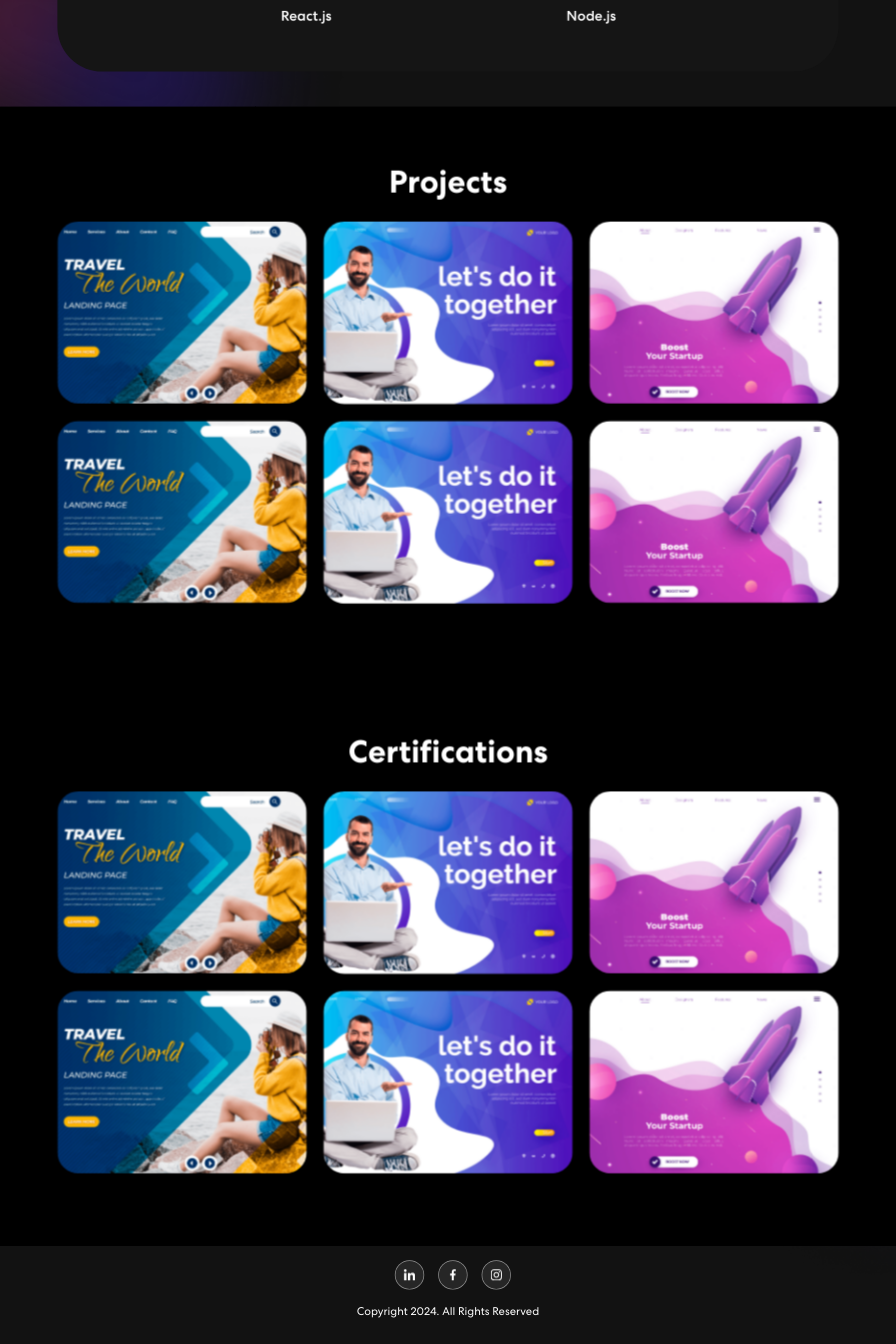
Repository: ChakerChourouk/personal-portfolio
Page: /
An editor plug-in stored every save of this project. The page is shown before and after the next save, followed by the edit.
The browser window is 1280 px wide. The pictures show the part of the page from y = 1225 to 3145 px (the page is 3145 px tall), at 70% of full size.
The project was rebuilt for these pictures with package versions that can differ from the ones it lists, and the page was loaded fresh each time.

Above is the page before, as saved 2024-09-15 21:02:33.

### src/App.js
import logo from './logo.svg';
import './App.css';
import 'bootstrap/dist/css/bootstrap.min.css';
import { NavBar } from "./components/NavBar";
import { Banner } from "./components/Banner";
import { Skills } from "./components/Skills";
import { Projects } from "./components/Projects";
import { Footer } from "./components/Footer";
import { Certifications } from "./components/Certifications";

function App() {
  return (
    <div className="App">
      <NavBar />
      <Banner />
      <Skills />
      <Projects />
      <Certifications/>
      <Footer />
    </div>
  );
}

export default App;

### src/App.css
/************ Custom Font ************/
@font-face {
	font-family: Centra;
	src: url('./assets/font/CentraNo2-Bold.ttf');
	font-weight: 700;
}
@font-face {
	font-family: Centra;
	src: url('./assets/font/CentraNo2-Medium.ttf');
	font-weight: 500;
}
@font-face {
	font-family: Centra;
	src: url('./assets/font/CentraNo2-Book.ttf');
	font-weight: 400;
}

/************ Default Css ************/
* {
  margin: 0;
  padding: 0;
  box-sizing: border-box;
}

html {
  scroll-behavior: smooth;
  scroll-padding-top: 75px;
}

body {
  font-weight: 400;
  overflow-x: hidden;
  position: relative;
  background-color: #121212 !important;
  color: #fff !important;
  font-family: 'Centra', sans-serif !important;
}

h1, h2, h3, h4, h5, h6 {
  margin: 0;
  padding: 0;
  line-height: normal;
}

p, a, li, button, ul {
  margin: 0;
  padding: 0;
  line-height: normal;
  text-decoration: none;
}

a:hover {
  text-decoration: none;
}

img {
  width: 100%;
  height: auto;
}

button {
  border: 0;
  background-color: transparent;
}

input:focus, textarea:focus, select:focus {
  outline: none;
}

@media (min-width:1700px) {
	main .container {
		max-width: 100%;
		padding: 0 150px;
	}
}

p.success {
	color: green;
}

p.danger {
	color: red;
}
/************ Navbar Css ************/
nav.navbar {
  padding: 18px 0;
  position: fixed;
  width: 100%;
  top: 0;
  z-index: 9999;
  transition:  0.32s ease-in-out;
}
nav.navbar.scrolled {
  padding: 0px 0;
  background-color: #121212;
}
nav.navbar a.navbar-brand {
    width: 9%;
}
nav.navbar .navbar-nav .nav-link.navbar-link {
  font-weight: 400;
  color: #fff !important;
  letter-spacing: 0.8px;
  padding: 0 25px;
  font-size: 18px;
  opacity: 0.75;
}
nav.navbar .navbar-nav a.nav-link.navbar-link:hover,
nav.navbar .navbar-nav a.nav-link.navbar-link.active {
    opacity: 1;
}
span.navbar-text {
    display: flex;
    align-items: center;
}
.social-icon {
    display: inline-block;
    margin-left: 14px;
}
.social-icon a {
    width: 42px;
    height: 42px;
    background: rgba(217, 217, 217, 0.1);
    display: inline-flex;
    border-radius: 50%;
    margin-right: 6px;
    align-items: center;
    justify-content: center;
    line-height: 1;
    border: 1px solid rgba(255, 255, 255, 0.5);
}
.social-icon a::before {
    content: "";
    width: 42px;
    height: 42px;
    position: absolute;
    background-color: #ffffff;
    border-radius: 50%;
    transform: scale(0);
	transition: 0.3s ease-in-out;
}
.social-icon a:hover::before {
    transform: scale(1);
}
.social-icon a img {
	width: 40%;
	z-index: 1;
	transition: 0.3s ease-in-out;
}
.social-icon a:hover img {
	filter: brightness(0) saturate(100%) invert(0%) sepia(7%) saturate(98%) hue-rotate(346deg) brightness(95%) contrast(86%);
}
.navbar-text button {
  font-weight: 700;
  color: #fff;
  border: 1px solid #fff;
  padding: 18px 34px;
  font-size: 18px;
  margin-left: 18px;
	position: relative;
	background-color: transparent;
	transition: 0.3s ease-in-out;
}
.navbar-text button span {
  z-index: 1;
}
.navbar-text button::before {
  content: "";
  width: 0%;
  height: 100%;
  position: absolute;
  background-color: #fff;
  left: 0;
  top: 0;
  z-index: -1;
  transition: 0.3s ease-in-out;
}
.navbar-text button:hover {
  color: #121212;
}
.navbar-text button:hover::before {
	content: "";
	width: 100%;
	height: 100%;
	position: absolute;
}
nav.navbar .navbar-toggler:active,
nav.navbar .navbar-toggler:focus {
	outline: none;
    box-shadow: none;
}
nav.navbar .navbar-toggler-icon {
  width: 24px;
  height: 17px;
  background-image: none;
  position: relative;
  border-bottom: 2px solid #fff;
  transition: all 300ms linear;
  top: -2px;
}
nav.navbar .navbar-toggler-icon:focus {
	border-bottom: 2px solid #fff;
}
nav.navbar .navbar-toggler-icon:after,
nav.navbar .navbar-toggler-icon:before {
	width: 24px;
	position: absolute;
	height: 2px;
	background-color: #fff;
	top: 0;
	left: 0;
	content: '';
	z-index: 2;
	transition: all 300ms linear;
}
nav.navbar .navbar-toggler-icon:after {
	top: 8px;
}
nav.navbar .navbar-toggler[aria-expanded="true"] .navbar-toggler-icon:after {
	transform: rotate(45deg);
	background-color: #fff;
	height: 2px;
}
nav.navbar .navbar-toggler[aria-expanded="true"] .navbar-toggler-icon:before {
	transform: translateY(8px) rotate(-45deg);
	background-color: #fff;
	height: 2px;
}
nav.navbar .navbar-toggler[aria-expanded="true"] .navbar-toggler-icon {
	border-color: transparent;
}

/************ Banner Css ************/
.banner {
  margin-top: 0;
  padding: 260px 0 100px 0;
  background-image: url('./assets/img/banner-bg.png');
  background-position: top center;
  background-size: cover;
  background-repeat: no-repeat;
}
.banner .tagline {
  font-weight: 700;
  letter-spacing: 0.8px;
  padding: 8px 10px;
  background: linear-gradient(90.21deg, rgba(170, 54, 124, 0.5) -5.91%, rgba(74, 47, 189, 0.5) 111.58%);
  border: 1px solid rgba(255, 255, 255, 0.5);
  font-size: 20px;
  margin-bottom: 16px;
  display: inline-block;
}
.banner h1 {
  font-size: 65px;
  font-weight: 700;
  letter-spacing: 0.8px;
  line-height: 1;
  margin-bottom: 20px;
  display: block;
}
.banner p {
  color: #B8B8B8;
  font-size: 18px;
  letter-spacing: 0.8px;
  line-height: 1.5em;
  width: 96%;
}
.banner button {
  color: #fff;
  font-weight: 700;
  font-size: 20px;
  margin-top: 60px;
  letter-spacing: 0.8px;
  display: flex;
  align-items: center;
}
.banner button svg {
  font-size: 25px;
  margin-left: 10px;
  transition: 0.3s ease-in-out;
  line-height: 1;
}
.banner button:hover svg {
  margin-left: 25px;
}
.banner img {
  animation: updown 3s linear infinite;
}
@keyframes updown {
    0% {
        transform: translateY(-20px);
    }
    50% {
        transform: translateY(20px);
    }
    100% {
        transform: translateY(-20px);
    }
}
.txt-rotate > .wrap {
  border-right: 0.08em solid #666;
}

/************ Skills Css ************/
.skill {
  padding: 0 0 50px 0;
  position: relative;
}
.skill-bx {
  background: #151515;
  border-radius: 64px;
  text-align: center;
  padding: 60px 50px;
  margin-top: -60px;
}
.skill h2 {
	font-size: 45px;
	font-weight: 700;
}
.skill p {
    color: #B8B8B8;
    font-size: 18px;
    letter-spacing: 0.8px;
    line-height: 1.5em;
    margin: 14px 0 75px 0;
}
.skill-slider {
  width: 80%;
  margin: 0 auto;
  position: relative;
}
.skill-slider .item img {
  width: 50%;
  margin: 0 auto 15px auto;
}
.background-image-left {
  top: 28%;
  position: absolute;
  bottom: 0;
  width: 40%;
  z-index: -4;
}

/************ Projects Css ************/
.project {
  padding: 80px 0;
  position: relative;
  background-color: black;
}
.project h2 {
	font-size: 45px;
	font-weight: 700;
  text-align: center;
}
.project p {
  color: #B8B8B8;
  font-size: 18px;
  letter-spacing: 0.8px;
  line-height: 1.5em;
  margin: 14px auto 30px auto;
  text-align: center;
  width: 56%;
}
.project .nav.nav-pills {
  width: 72%;
  margin: 0 auto;
  border-radius: 50px;
  background-color: rgb(255 255 255 / 10%);
  overflow: hidden;
}
.project .nav.nav-pills .nav-item {
  width: 33.33333%;
}
.project .nav.nav-pills .nav-link {
  background-color: transparent;
  border-radius: 0;
  padding: 17px 0;
  color: #fff;
  width: 100%;
  font-size: 17px;
  letter-spacing: 0.8px;
  font-weight: 500;
  position: relative;
  transition: 0.3s ease-in-out;
  text-align: center;
  z-index: 0;
}
.project .nav.nav-pills .nav-link::before {
    content: "";
    position: absolute;
    width: 0;
    height: 100%;
    background: linear-gradient(90.21deg, #AA367C -5.91%, #4A2FBD 111.58%);
    top: 0;
    left: 0;
    z-index: -1;
    transition: 0.3s ease-in-out;
}
.project .nav.nav-pills .nav-link.active::before {
    width: 100% !important;
}
.project .nav.nav-pills .nav-link.active {
    border: 1px solid rgba(255, 255, 255, 1);
}
.nav-link#projects-tabs-tab-first {
  border: 1px solid rgba(255, 255, 255, 0.5);
  border-radius: 55px 0px 0px 55px;
}
.nav-link#projects-tabs-tab-second {
  border-top: 1px solid rgba(255, 255, 255, 0.5);
  border-bottom: 1px solid rgba(255, 255, 255, 0.5);
}
.nav-link#projects-tabs-tab-third {
  border: 1px solid rgba(255, 255, 255, 0.5);
  border-radius: 0 55px 55px 0;
}
.proj-imgbx {
  position: relative;
  border-radius: 30px;
  overflow: hidden;
  margin-bottom: 24px;
}
.proj-imgbx::before {
  content: "";
  background: linear-gradient(90.21deg, #AA367C -5.91%, #4A2FBD 111.58%);
  opacity: 0.85;
  position: absolute;
  width: 100%;
  height: 0;
  transition: 0.4s ease-in-out;
}
.proj-imgbx:hover::before {
  height: 100%;
}
.proj-txtx {
  position: absolute;
  text-align: center;
  top: 65%;
  left: 50%;
  transform: translate(-50%, -50%);
  transition: 0.5s ease-in-out;
  opacity: 0;
  width: 100%;
}
.proj-imgbx:hover .proj-txtx {
  top: 50%;
  opacity: 1;
}
.proj-txtx h4 {
  font-size: 30px;
  font-weight: 700;
  letter-spacing: 0.8px;
  line-height: 1.1em;
}
.proj-txtx span {
  font-style: italic;
  font-weight: 400;
  font-size: 15px;
  letter-spacing: 0.8px;
}
.background-image-right {
  top: 20%;
  position: absolute;
  bottom: 0;
  width: 35%;
  right: 0;
  z-index: -4;
}

/************ Projects Css ************/
.contact {
  background: linear-gradient(90.21deg, #AA367C -5.91%, #4A2FBD 111.58%);
  padding: 60px 0 200px 0;
}
.contact img {
  width: 92%;
}
.contact h2 {
	font-size: 45px;
	font-weight: 700;
  margin-bottom: 30px;
}
.contact form input, .contact form textarea {
  width: 100%;
  background: rgba(255, 255, 255, 0.1);
  border: 1px solid rgba(255, 255, 255, 0.5);
  border-radius: 20px;
  color: #fff;
  margin: 0 0 8px 0;
  padding: 18px 26px;
  font-weight: 500;
  font-size: 18px;
  letter-spacing: 0.8px;
  transition: 0.3s ease-in-out;
}
.contact form input:focus, .contact form textarea:focus {
  background: rgba(255, 255, 255, 1);
  color: #121212;
}
.contact form input::placeholder, .contact form textarea::placeholder {
  font-size: 16px;
  font-weight: 400;
  color: #fff;
}
.contact form input:focus::placeholder, .contact form textarea:focus::placeholder {
  color: #121212;
  opacity: 0.8;
}
.contact form button {
  font-weight: 700;
  color: #000;
  background-color: #fff;
  padding: 14px 48px;
  font-size: 18px;
  margin-top: 25px;
  border-radius: 0;
  position: relative;
  transition: 0.3s ease-in-out;
}
.contact form button span {
  z-index: 1;
  position: relative;
}
.contact form button:hover {
  color: #fff;
}
.contact form button::before {
  content: "";
  background: #121212;
  width: 0;
  height: 100%;
  position: absolute;
  top: 0;
  left: 0;
  z-index: 0;
  transition: 0.3s ease-in-out;
}
.contact form button:hover::before {
  width: 100%;
}

/************ Footer Css ************/

.footer {
  padding: 20px 0;
}

.social-icon a {
  margin: 0 10px;
}

/* Add margin to create space between icons and the text */
.text-center p {
  margin-top: 20px; /* Adjust the value for more or less space */
}


.welcome {
    font-weight: 400;
    color: #fff !important;
    letter-spacing: 0.8px;
    padding: 0 25px;
    font-size: 18px;
    opacity: 0.75;
}

### src/components/Projects.js
import { Container, Row, Col, Tab, Nav } from "react-bootstrap";
import { ProjectCard } from "./ProjectCard";
import projImg1 from "../assets/img/project-img1.png";
import projImg2 from "../assets/img/project-img2.png";
import projImg3 from "../assets/img/project-img3.png";
import colorSharp2 from "../assets/img/color-sharp2.png";
import 'animate.css';
import TrackVisibility from 'react-on-screen';

export const Projects = () => {

  const projects = [
    {
      title: "Business Startup",
      description: "Design & Development",
      imgUrl: projImg1,
    },
    {
      title: "Business Startup",
      description: "Design & Development",
      imgUrl: projImg2,
    },
    {
      title: "Business Startup",
      description: "Design & Development",
      imgUrl: projImg3,
    },
    {
      title: "Business Startup",
      description: "Design & Development",
      imgUrl: projImg1,
    },
    {
      title: "Business Startup",
      description: "Design & Development",
      imgUrl: projImg2,
    },
    {
      title: "Business Startup",
      description: "Design & Development",
      imgUrl: projImg3,
    },
  ];

  return (
    <section className="project" id="projects">
      <Container>
        <Row>
          <Col size={12}>
            <TrackVisibility>
              {({ isVisible }) =>
              <div className={isVisible ? "animate__animated animate__fadeIn": ""}>
                <h2>Projects</h2>
                <p>  </p>
                <Tab.Container id="projects-tabs" defaultActiveKey="first">
                  <Tab.Content id="slideInUp" className={isVisible ? "animate__animated animate__slideInUp" : ""}>
                    <Tab.Pane eventKey="first">
                      <Row>
                        {
                          projects.map((project, index) => {
                            return (
                              <ProjectCard
                                key={index}
                                {...project}
                                />
                            )
                          })
                        }
                      </Row>
                    </Tab.Pane>
                  </Tab.Content>
                </Tab.Container>
              </div>}
            </TrackVisibility>
          </Col>
        </Row>
      </Container>
      <img className="background-image-right" src={colorSharp2}></img>
    </section>
  )
}

### src/components/Footer.js
import { Container, Row, Col } from "react-bootstrap";
import logo from "../assets/img/logo.svg";
import navIcon1 from "../assets/img/nav-icon1.svg";
import navIcon2 from "../assets/img/nav-icon2.svg";
import navIcon3 from "../assets/img/nav-icon3.svg";

export const Footer = () => {
  return (
    <footer className="footer" id="contacts" >
      <Container>
        <Row className="align-items-center justify-content-center">
          <Col size={12} sm={6} className="text-center">
            <div className="social-icon">
              <a href="https://www.linkedin.com/in/chaker-chourouk-a32841257/"><img src={navIcon1} alt="Icon" /></a>
              <a href="#"><img src={navIcon2} alt="Icon" /></a>
              <a href="#"><img src={navIcon3} alt="Icon" /></a>
            </div>
            <p>Copyright 2024. All Rights Reserved</p>
          </Col>
        </Row>
      </Container>
    </footer>
  );
};

### src/components/Certifications.js
import { Container, Row, Col, Tab, Nav } from "react-bootstrap";
import { ProjectCard } from "./ProjectCard";
import projImg1 from "../assets/img/project-img1.png";
import projImg2 from "../assets/img/project-img2.png";
import projImg3 from "../assets/img/project-img3.png";
import colorSharp2 from "../assets/img/color-sharp2.png";
import 'animate.css';
import TrackVisibility from 'react-on-screen';

export const Certifications = () => {

  const projects = [
    {
      title: "Business Startup",
      description: "Design & Development",
      imgUrl: projImg1,
    },
    {
      title: "Business Startup",
      description: "Design & Development",
      imgUrl: projImg2,
    },
    {
      title: "Business Startup",
      description: "Design & Development",
      imgUrl: projImg3,
    },
    {
      title: "Business Startup",
      description: "Design & Development",
      imgUrl: projImg1,
    },
    {
      title: "Business Startup",
      description: "Design & Development",
      imgUrl: projImg2,
    },
    {
      title: "Business Startup",
      description: "Design & Development",
      imgUrl: projImg3,
    },
  ];

  return (
    <section className="project" id="certification">
      <Container>
        <Row>
          <Col size={12}>
            <TrackVisibility>
              {({ isVisible }) =>
              <div className={isVisible ? "animate__animated animate__fadeIn": ""}>
                <h2>Certifications</h2>
                <p>  </p>
                <Tab.Container id="projects-tabs" defaultActiveKey="first">
                  <Tab.Content id="slideInUp" className={isVisible ? "animate__animated animate__slideInUp" : ""}>
                    <Tab.Pane eventKey="first">
                      <Row>
                        {
                          projects.map((project, index) => {
                            return (
                              <ProjectCard
                                key={index}
                                {...project}
                                />
                            )
                          })
                        }
                      </Row>
                    </Tab.Pane>
                  </Tab.Content>
                </Tab.Container>
              </div>}
            </TrackVisibility>
          </Col>
        </Row>
      </Container>
      <img className="background-image-right" src={colorSharp2}></img>
    </section>
  )
}

Loaded but not shown: public/index.html (common file); src/index.js (common file); src/index.css (common file); src/reportWebVitals.js (common file); src/components/ProjectCard.js (common file); src/components/Skills.js (72 lines, source omitted); src/components/Banner.js (75 lines, source omitted); src/components/NavBar.js (61 lines, source omitted)

After the next save:
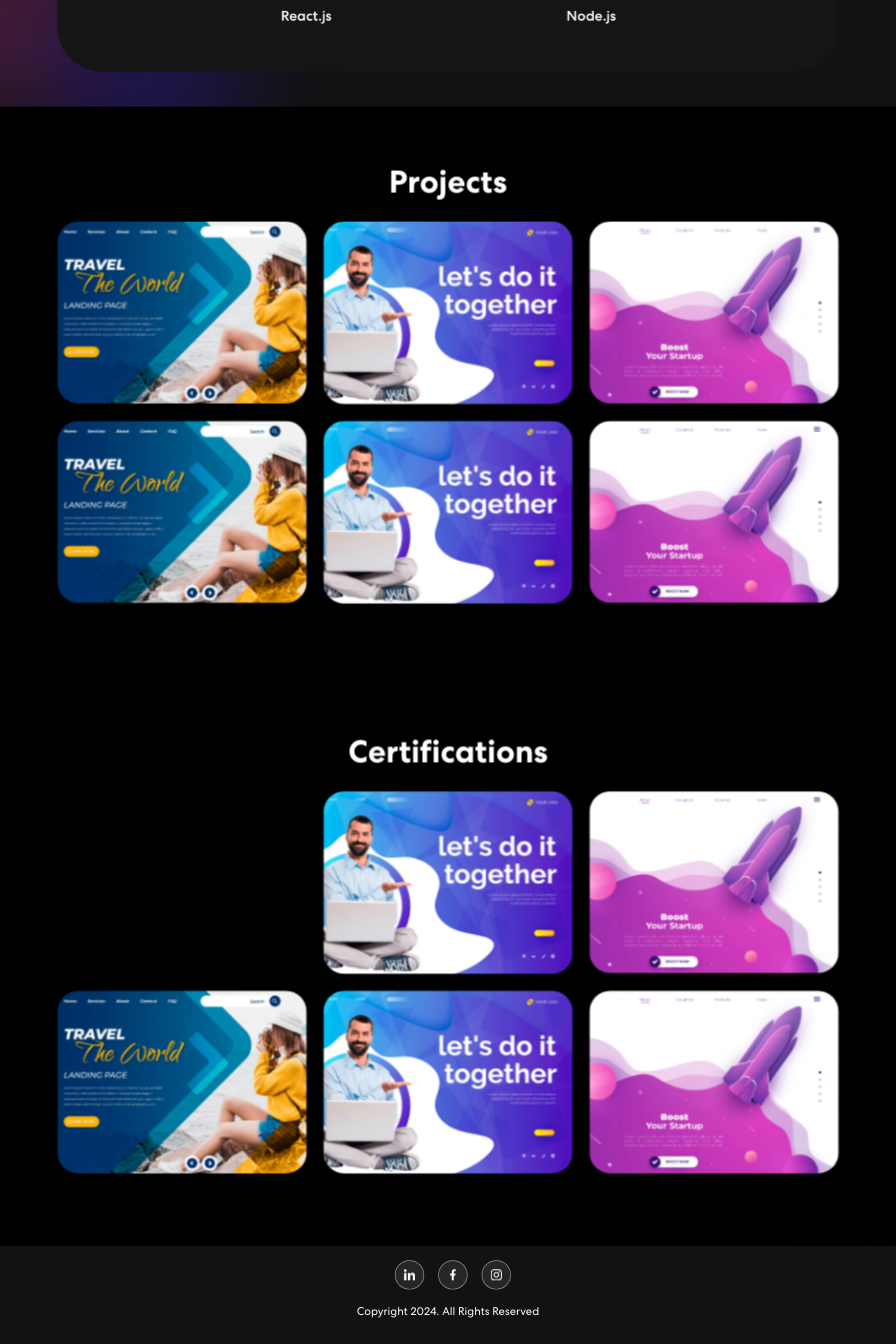
Saved 43 s later.
--- a/src/components/Certifications.js
+++ b/src/components/Certifications.js
@@ -13,7 +13,7 @@
     {
       title: "Business Startup",
       description: "Design & Development",
-      imgUrl: projImg1,
+
     },
     {
       title: "Business Startup",

After the save that followed:
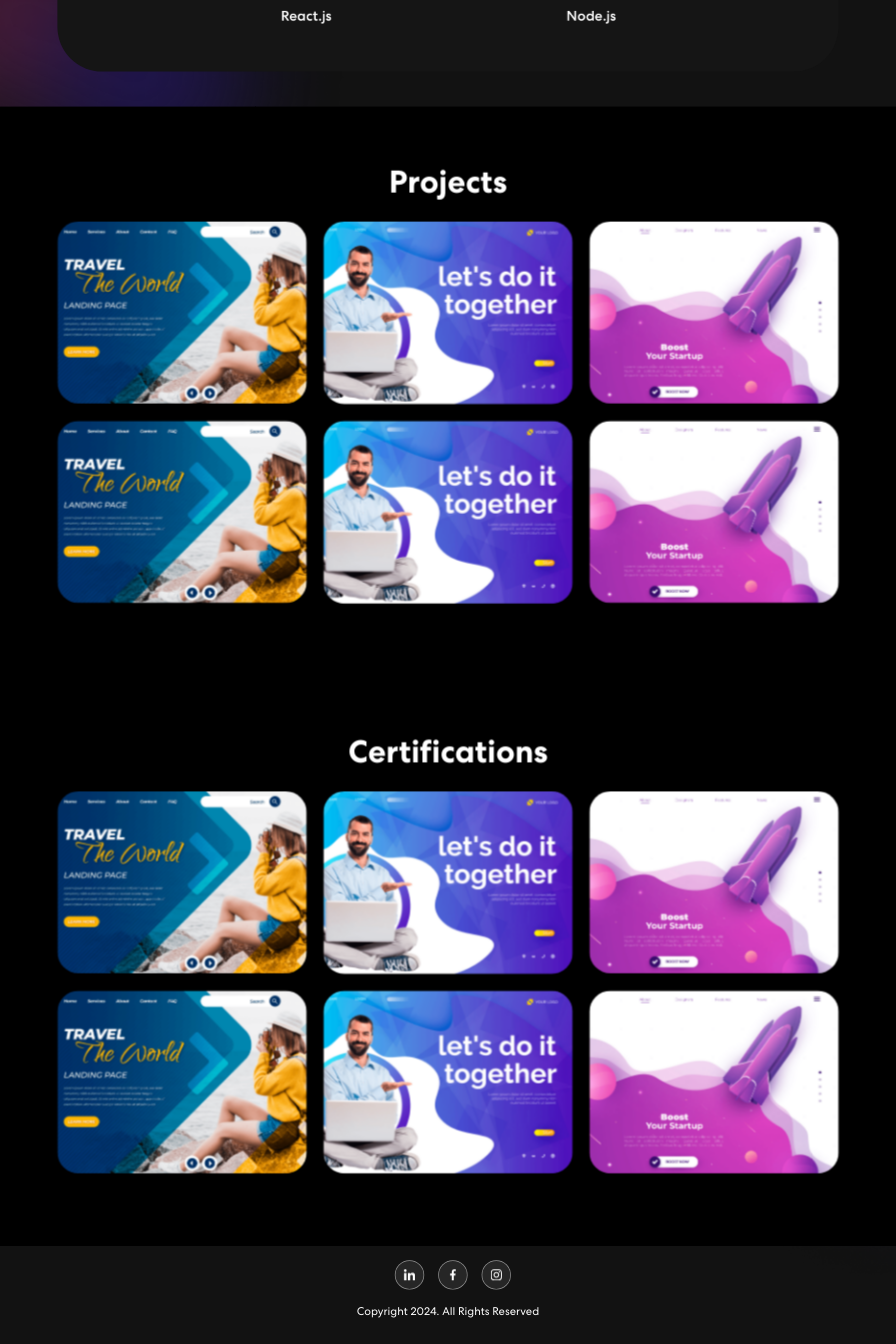
Saved 12 s later.
--- a/src/components/Certifications.js
+++ b/src/components/Certifications.js
@@ -13,7 +13,7 @@
     {
       title: "Business Startup",
       description: "Design & Development",
-
+      imgUrl: projImg1,
     },
     {
       title: "Business Startup",
